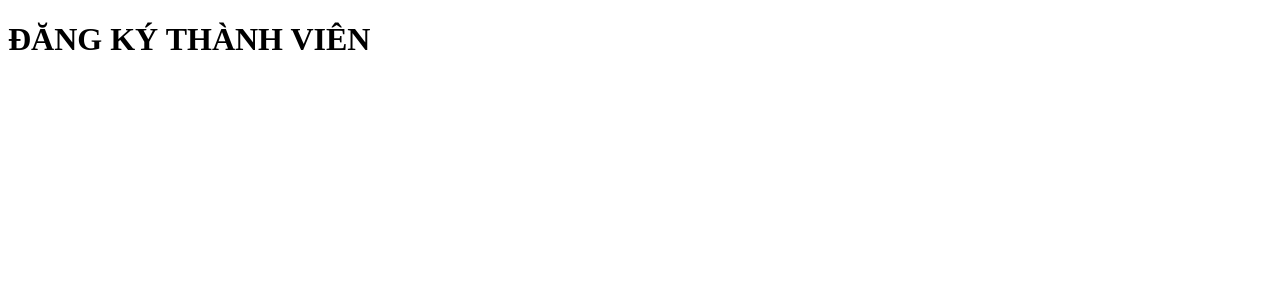
Repository: PhiKhongHoang/JSP-Servlet
Page: Bai2_HTML/src/main/webapp/register.html
The author's editor kept a copy of each file at every save. The page is drawn from the files as they stood at one save, then again after the next save.
The browser window is 1280 px wide. The pictures show the whole page.

Above is the page before, as saved 2024-02-16 09:30:10.

After the next save:
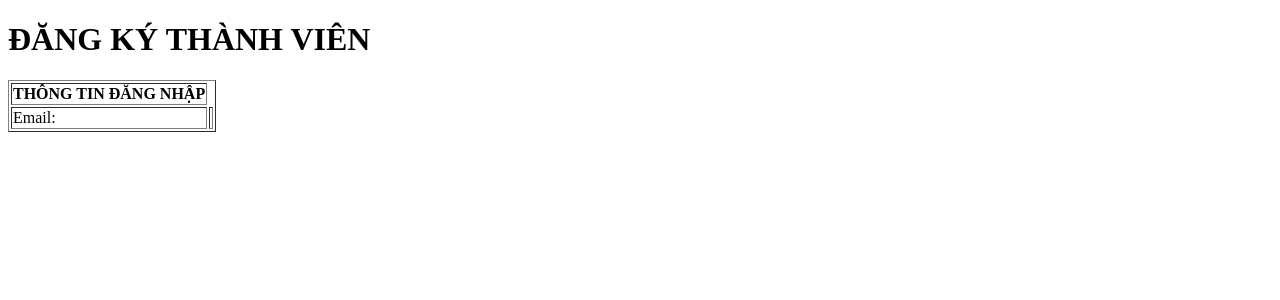
Saved 106 s later.
--- a/Bai2_HTML/src/main/webapp/register.html
+++ b/Bai2_HTML/src/main/webapp/register.html
@@ -6,10 +6,14 @@
 </head>
 <body>
 	<h1>ĐĂNG KÝ THÀNH VIÊN</h1>
-	<table>
+	<table border="1">
 		<tbody>
 			<tr>
-				<td></td>
+				<td><b>THÔNG TIN ĐĂNG NHẬP</b></td>
+			</tr>
+			<tr>
+				<td>Email:</td>
+				 <td></td>
 			</tr>
 		</tbody>
 	</table>
